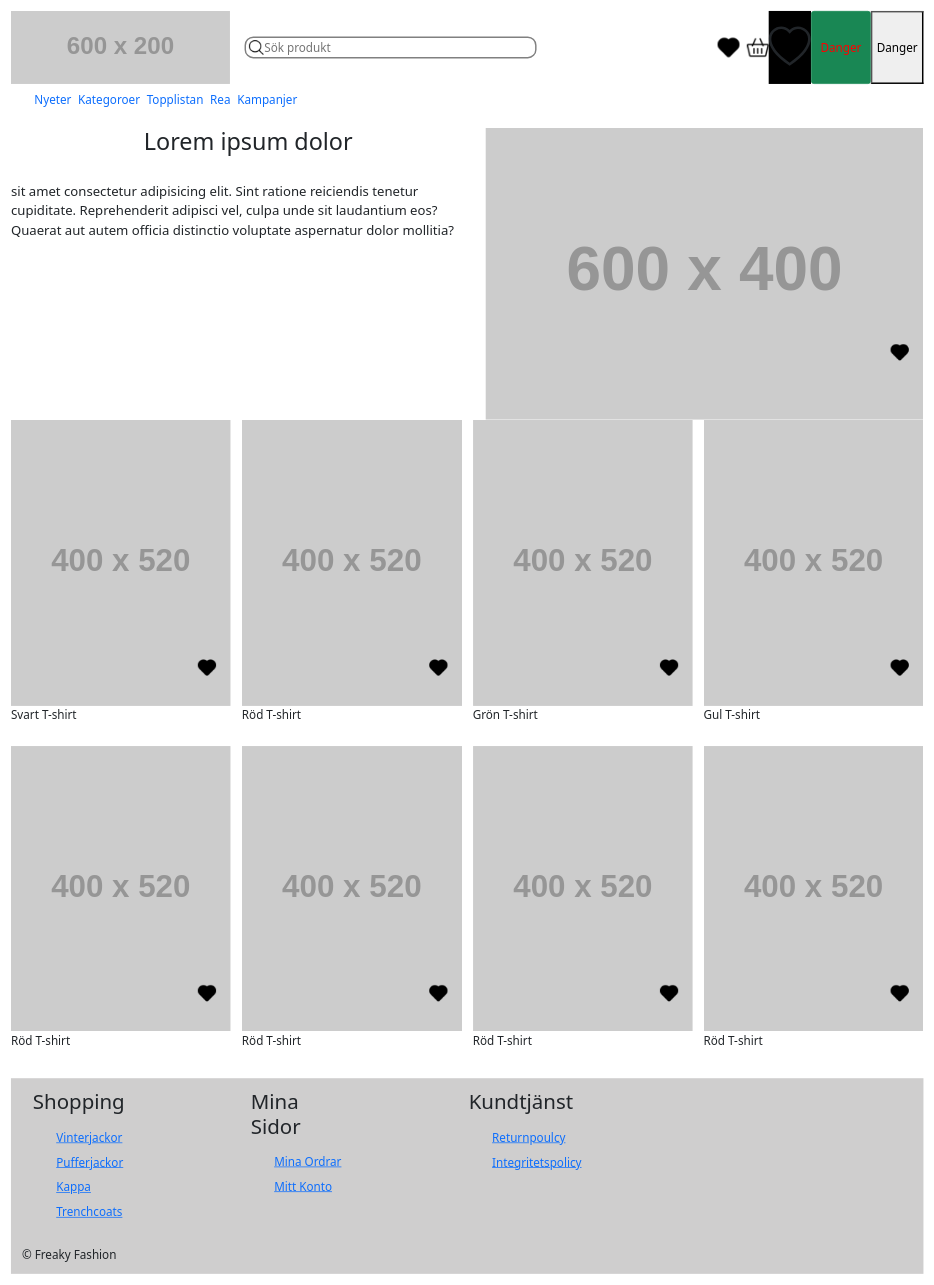
Repository: Kalle1995/project
Page: index.html
The author's editor kept a copy of each file at every save. The page is drawn from the files as they stood at one save, then again after the next save.
The browser window is 1280 px wide. The pictures show the whole page, at 73% of full size.

Above is the page before, as saved 2024-10-06 19:16:57.

### index.html
<!DOCTYPE html>
<html lang="sv">

<head>
  <meta charset="UTF-8" />
  <meta name="viewport" content="width=device-width, initial-scale=1.0" />
  <title>Freaky Fashion</title>

  <link rel="stylesheet" href="main.css" />
  <link href="https://cdn.jsdelivr.net/npm/bootstrap@5.0.2/dist/css/bootstrap.min.css" rel="stylesheet" integrity="sha384-EVSTQN3/azprG1Anm3QDgpJLIm9Nao0Yz1ztcQTwFspd3yD65VohhpuuCOmLASjC" crossorigin="anonymous">
</head>

<body>
  <header>
    <section>
      <div class="wholeHead">
        <img src="https://placehold.co/600x200 " alt="icon" class="icon" />

        <div class="searchAndIcons">
          <input type="search" placeholder="Sök produkt" class="search">
          <div class="headIcons">
            <a href="#"><img src="bilder/full heart.png" alt="favourite"></a>
            <a href="#"><img src="bilder/cart.png" alt="cart"></a>
          </div>
        </div>

        <svg class="heart" xmlns="http://www.w3.org/2000/svg" width="100" height="100" fill="currentColor" class="bi bi-heart" viewBox="0 0 16 16">
          <path d="m8 2.748-.717-.737C5.6.281 2.514.878 1.4 3.053c-.523 1.023-.641 2.5.314 4.385.92 1.815 2.834 3.989 6.286 6.357 3.452-2.368 5.365-4.542 6.286-6.357.955-1.886.838-3.362.314-4.385C13.486.878 10.4.28 8.717 2.01zM8 15C-7.333 4.868 3.279-3.04 7.824 1.143q.09.083.176.171a3 3 0 0 1 .176-.17C12.72-3.042 23.333 4.867 8 15"/>
        </svg>

        <button type="button" class="custom btn btn-success">Danger</button>
        <button type="button">Danger</button>
      </div

      <!-- jag behöver fixa att man kan sriva och iconen förvinner -->
      <!-- om, jag har div för input typ så den ta hela raden -->

      <div>
        <nav class="NavList">
          <ul>
            <li class="nav-list-item"><a href="#">Nyeter</a></li>
            <li class="nav-list-item hide-on-mobile ejnav"><a href="#">Kategoroer</a></li>
            <li class="nav-list-item"><a href="#">Topplistan</a></li>
            <li class="nav-list-item"><a href="#">Rea</a></li>
            <li class="nav-list-item"><a href="#">Kampanjer</a></li>
          </ul>
        </nav>
      </div>

      <!-- <dl> och <dt> använda man i detta falet  -->

    </section>
  </header>

  <main>
    <section class="mid">
      <article>
        <fieldset class="head">
          <img class="head-image" src="https://placehold.co/600x400" alt="" class="loremPic">
          <div>
            <h2 class="head-title">Lorem ipsum dolor</h2>
            <p class="head-text">
              <br>sit amet consectetur adipisicing elit. Sint ratione reiciendis tenetur cupiditate. Reprehenderit
              adipisci
              vel, culpa unde sit laudantium eos? Quaerat aut autem officia distinctio voluptate aspernatur dolor
              mollitia?
            </p>
          </div>
        </fieldset><img class="product-icon" src="bilder/full heart.png" alt="">
      </article>
    </section>
    <section class="products">
      <!-- grid container -->
      <div class="product">
        <img class="product-icon" src="bilder/full heart.png" alt="">
        <img class="product-pic" src="https://placehold.co/400x520/png?text=Black+T-shirt" alt="Svart T-shirt" />
        <p>Svart T-shirt</p>
      </div>

      <div class="product">
        <img class="product-icon" src="bilder/full heart.png" alt="">
        <img class="product-pic" src="https://placehold.co/400x520/png?text=Red+T-shirt" alt="" />
        <p>Röd T-shirt</p>
      </div>

      <div class="product">
        <img class="product-icon" src="bilder/full heart.png" alt="">
        <img class="product-pic" src="https://placehold.co/400x520/png?text=Green+T-shirt" alt="" />
        <p>Grön T-shirt</p>
      </div>

      <div class="product">
        <img class="product-icon" src="bilder/full heart.png" alt="">
        <img class="product-pic" src="https://placehold.co/400x520/png?text=Gul+T-shirt" alt="" />
        <p>Gul T-shirt</p>

      </div>

      <div class="product">
        <img class="product-icon" src="bilder/full heart.png" alt="">
        <img class="product-pic" src="https://placehold.co/400x520/png?text=Red+T-shirt" alt="">
        <p>Röd T-shirt</p>
      </div>

      <div class="product">
        <img class="product-icon" src="bilder/full heart.png" alt="">
        <img class="product-pic" src="https://placehold.co/400x520/png?text=Red+T-shirt" alt="">
        <p>Röd T-shirt</p>
      </div>

      <div class="product">
        <img class="product-icon" src="bilder/full heart.png" alt="">
        <img class="product-pic" src="https://placehold.co/400x520/png?text=Red+T-shirt" alt="">
        <p>Röd T-shirt</p>
      </div>

      <div class="product">
        <img class="product-icon" src="bilder/full heart.png" alt="">
        <img class="product-pic" src="https://placehold.co/400x520/png?text=Red+T-shirt" alt="">
        <p>Röd T-shirt</p>
      </div>
    </section>
  </main>

  <br>

  <footer class="normal-footer">
    <div class="list-container">
        <div class="list">
            <h3>Shopping</h3>
            <li>
                <ul><a href="#">Vinterjackor</a></ul>
                <ul><a href="#">Pufferjackor</a></ul>
                <ul><a href="#">Kappa</a></ul>
                <ul><a href="#">Trenchcoats</a></ul>
            </li>
        </div>

        <div class="list">
            <h3>Mina Sidor</h3>
            <li>
                <ul><a href="#">Mina Ordrar</a></ul>
                <ul><a href="#">Mitt Konto</a></ul>
            </li>
        </div>

        <div class="list">
            <h3>Kundtjänst</h3>
            <li>
                <ul><a href="#">Returnpoulcy</a></ul>
                <ul><a href="#">Integritetspolicy</a></ul>
            </li>
        </div>
    </div>

    <div class="Company">&copy; Freaky Fashion</div>
</footer>

  <footer class="small-footer">
    <div class="Company">&copy; Freaky Fashion SMALL</div>
  </footer>
</body>

</html>

### main.css
body {
    padding: 15px;
    font-size: 2em;
    display: grid;

}


.head-title {
    text-align: center;
}

.products {
    display: grid;
    gap: 15px;
}

ul {
    list-style-type: none;
    margin: 0;
    padding: 0;

}

.search {
    border: 2px solid gray;
    border-radius: 12px;
    padding: 5px;
    display: inline;
    background-image: url(bilder/search.png);
    background-repeat: no-repeat;
    background-position: 4px;
    padding-left: 25px;

}

.NavList {
    padding-bottom: 10px;
    padding-top: 10px;

}

.hide-on-mobile {
    display: none;
}

.nav-list-item {
    a {
        text-decoration: none;
    }
}

.product {
    position: relative;
}

.product-icon {
    right: 20px;
    bottom: 80px;
    position: absolute;
}

.product-pic {
    width: 100%;
    height: auto;
}

.head {
    display: flex;
    flex-direction: column;
}

.head-image {
    width: 100%;
}

.wholeHead {
    display: flex;
    flex-direction: row;
}

.searchAndIcons {
    width: 100%;
    display: flex;
    flex-direction: row;
    margin: auto 0 auto 20px;
}

.search {
    height: 30px;
    width: 100%;
    max-width: 400px;
    margin-right: 10px;
}

.headIcons {
    display: flex;
    gap: 10px;
    margin-right: 0;
    margin-left: auto;

    img {
        height: 30px;
    }
}

.icon {
    width: 300px;
}

.small-footer {
    display: none;
}


@media (max-width: 640px) {
    .mid {
        position: relative;
        display: block;
        font-size: medium;
    }

    li {
        margin-bottom: 3px;
    }

    .icon {
        width: 100%;
    }

    .wholeHead {
        flex-direction: column;
    }

    .search {
        height: 35px;
        width: 100%;
        max-width: 400px;
    }

    .headIcons {
        img {
            height: 35px;
        }
    }

    .searchAndIcons {
        margin-top: 10px;
        margin-left: 0;
    }

    .small-footer {
        display: block;
    }

    .normal-footer {
        display: none;
    }
}

@media (min-width: 640px) {
    .products {
        grid-template-columns: repeat(2, 1fr);
    }

    .mid {
        position: relative;
        display: block;
        font-size: large;
    }

    li {
        display: inline;
        margin-right: 5px;
    }
}

body {
    font-size: 1.5em;
}

@media (min-width: 1024px) {
    .products {
        grid-template-columns: repeat(4, 1fr);
    }

    body {
        font-size: 1em;
    }

    .listan {
        display: flex;
    }

    li {
        display: inline;
        margin-right: 5px;
    }

    .hide-on-mobile {
        display: inline-block;
    }

    .head {
        flex-direction: row-reverse;
    }
}





/*
    @media (max-width:1024px) {
        .ejnav {
            display: none;
        }

      }
*/



/*
      @media print {
        body {
            font-size: 4em;
        }
        img {
            display: none;
        }
      }
*/



/*
här för Nyproduckt sidan
*/


header>h3 {
    position: absolute;
    left: 10px;
    bottom: auto;
}

.vänster {
    display: grid;
    grid-template-rows: 100%;
    background-color: gray;
}


.liggTill {
    hero-text button: hover
}


/*
kassa sidan
*/

.kassa {
    text-align: center;

}






.buy>button {
    display: grid;
    align-items: center;
    width: 80px;
    height: 30px;
    background-color: rgb(255, 255, 255);
    margin-left: 50%;
    font-weight: bold;
    border-radius: 10px;

}


.heart {
    background-color: black;
}

.custom.btn-success {
    color: red;
}

.no-space {
    margin: 0;
    padding: 0;
    border: none;
    border-top: 1px solid black;
    /* Valfri färg eller stil på linjen */
}


.normal-footer {
    padding: 15px;
    background-color: rgb(207, 206, 206)
}

.list-container {
    display: inline-flex;
    justify-content: space-between;
    /* Ser till att listorna sprids ut jämnt */
    gap: 150px;
    /* Mellanrum mellan listorna */
}

.list {
    flex: 1;
    /* Gör att listorna tar upp lika mycket plats */
    padding-left: 15px;
}

.list h3 {
    margin-bottom: 20px;
}

.list li {
    list-style-type: none;
    /* ingen punkter i listan */
    padding: 0;
}

.list li ul {
    margin-bottom: 10px;
}




/*
Administration
*/

.AD {
    width: 115%;
    padding-left: 15px;
    margin-left: -25px;
    margin-top: -25px;
    float: left;
    font-style: normal;
    background-color: rgb(0, 0, 0);
    position: relative;
    display: flex;
    color: white;
}

.PR {
    background-color: rgb(209, 209, 208);
    height: auto;
    margin-left: -25px;
    padding-left: 20px;
    margin-right: auto;
    padding-right: 70px;
    padding-top: 15px;
    font-weight: bold;
    position: relative;
}

.AR {
    position: relative;
    ;
    left: 200px;
    top: -40px;

}













/*

.Company{
    text-align: center;
    bottom: auto;
}

After the next save:
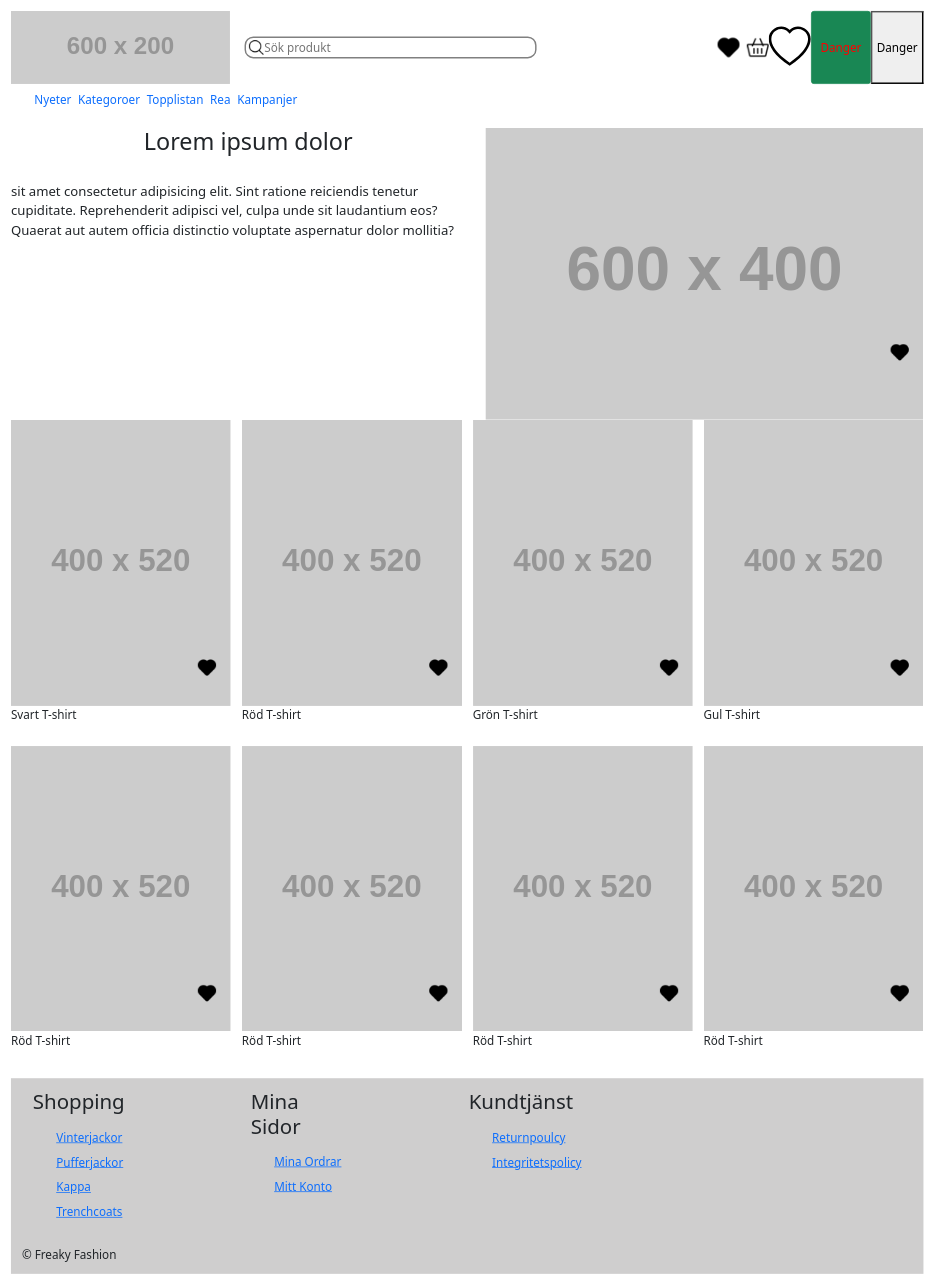
Saved 11 s later.
--- a/main.css
+++ b/main.css
@@ -285,7 +285,7 @@ kassa sidan
 
 
 .heart {
-    background-color: black;
+    fill: black;
 }
 
 .custom.btn-success {
